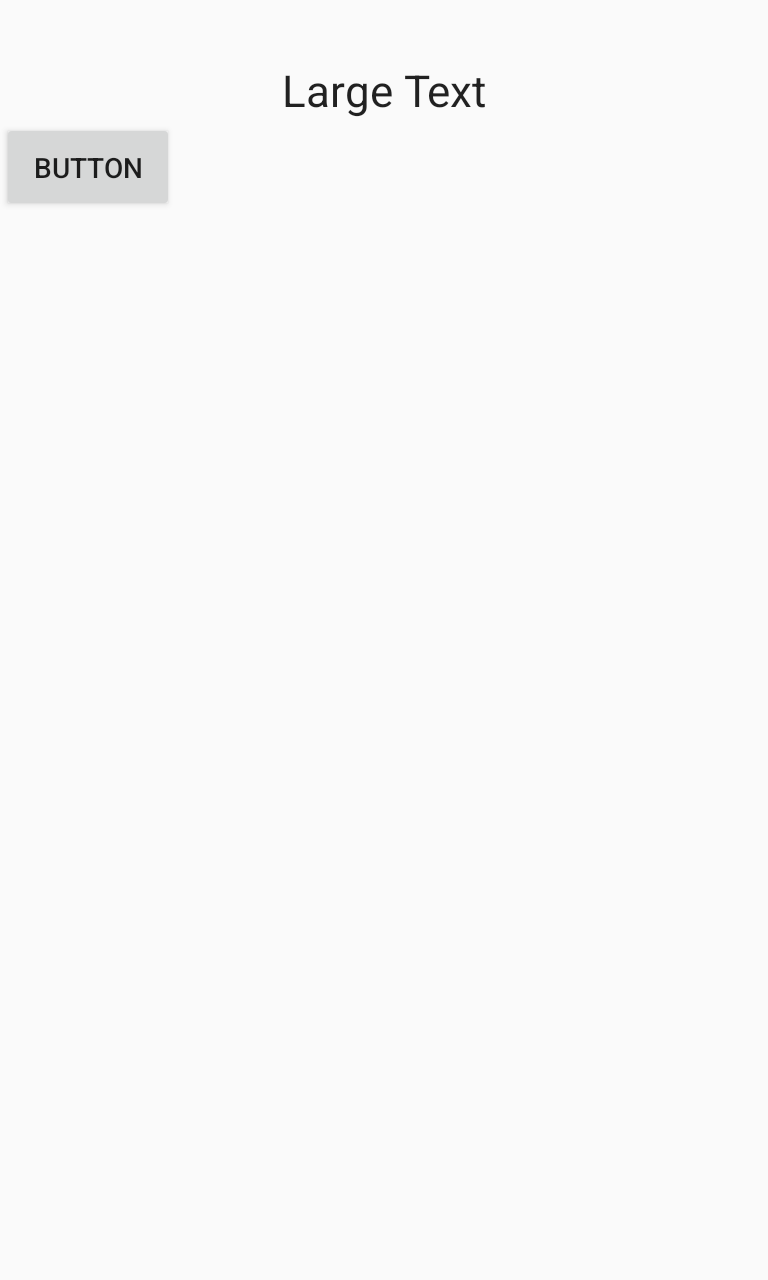
Repository: dev-sean/kosta
Layout: workspace/and1010/res/layout/ex7_res.xml
These files come from the project's save history. The layout is drawn as it stood at one moment and after the next save; the edit follows.
It is drawn on a 768 x 1280 px phone screen (xhdpi) without system bars, with theme AppTheme; the app's code is not run.

Above is the layout before, as saved 2014-10-10 05:15:42.

After the next save:
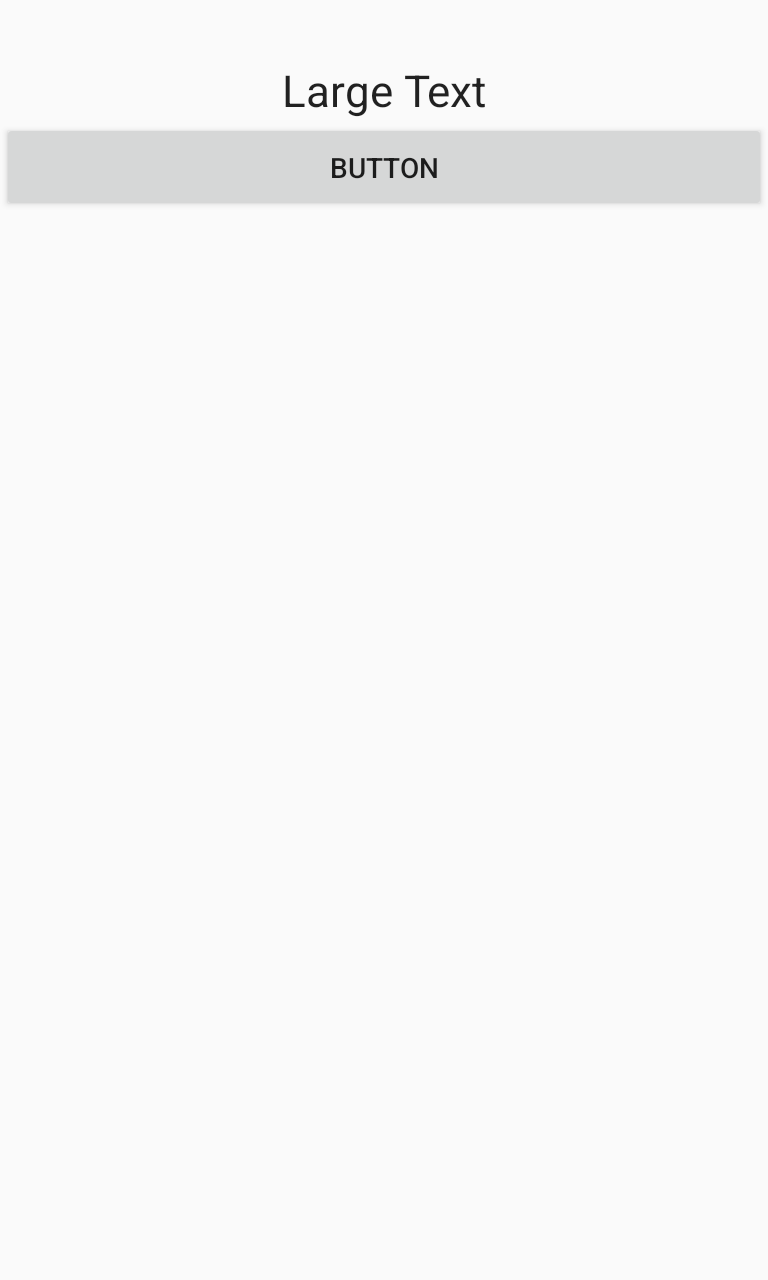
Saved 15 s later.
--- a/workspace/and1010/res/layout/ex7_res.xml
+++ b/workspace/and1010/res/layout/ex7_res.xml
@@ -16,9 +16,9 @@
 
     <Button
         android:id="@+id/ex7_btn"
-        android:layout_width="wrap_content"
+        android:layout_width="match_parent"
         android:layout_height="wrap_content"
-       android:gravity="center"
+        android:gravity="center"
         android:text="Button" />
 
 </LinearLayout>
